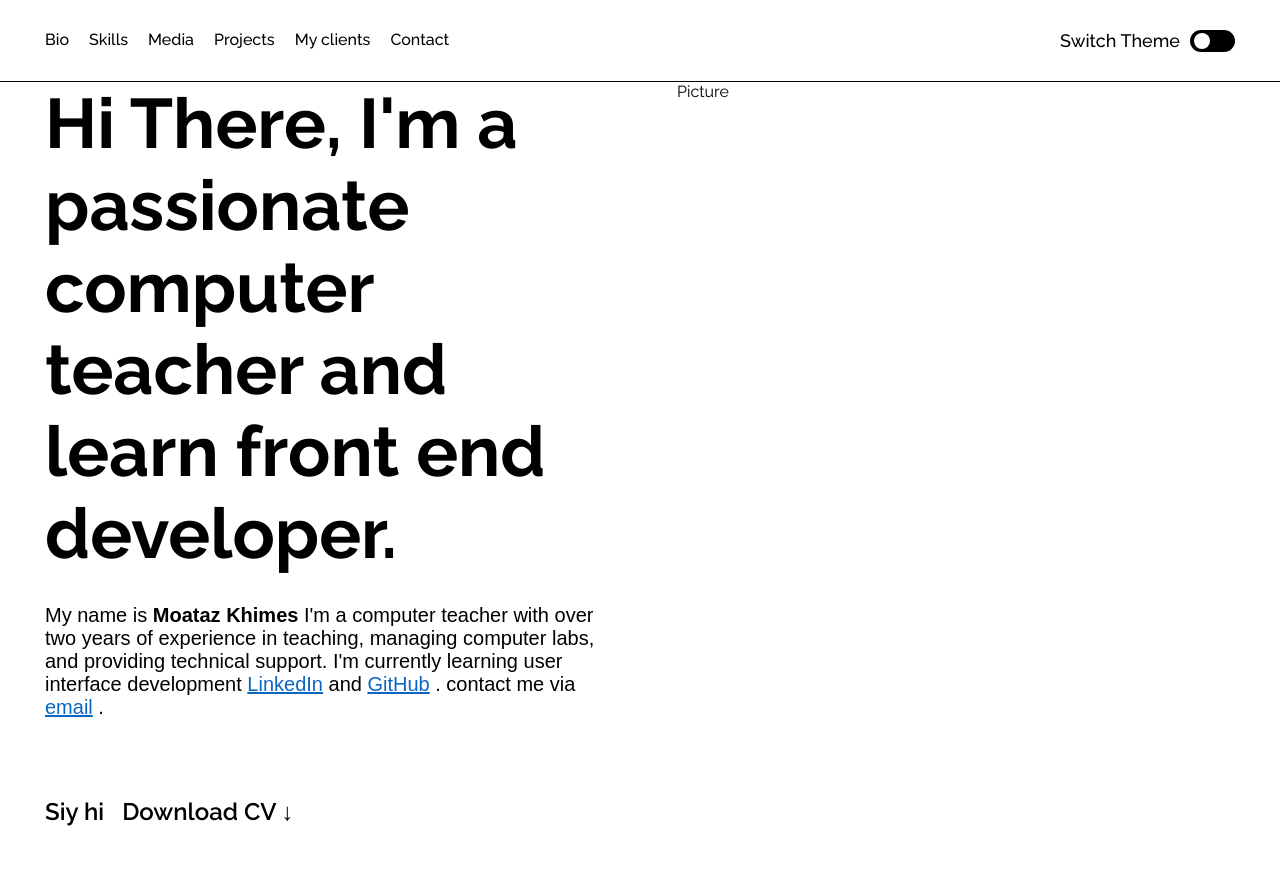
Repository: moataz305G/Personal-website
Page: index.html
These files come from the project's save history. The page is drawn as it stood at one moment and after the next save; the edit follows.
The browser window is 1280 px wide. The pictures show the whole page.

Above is the page before, as saved 2025-12-12 21:59:03.

After the next save:
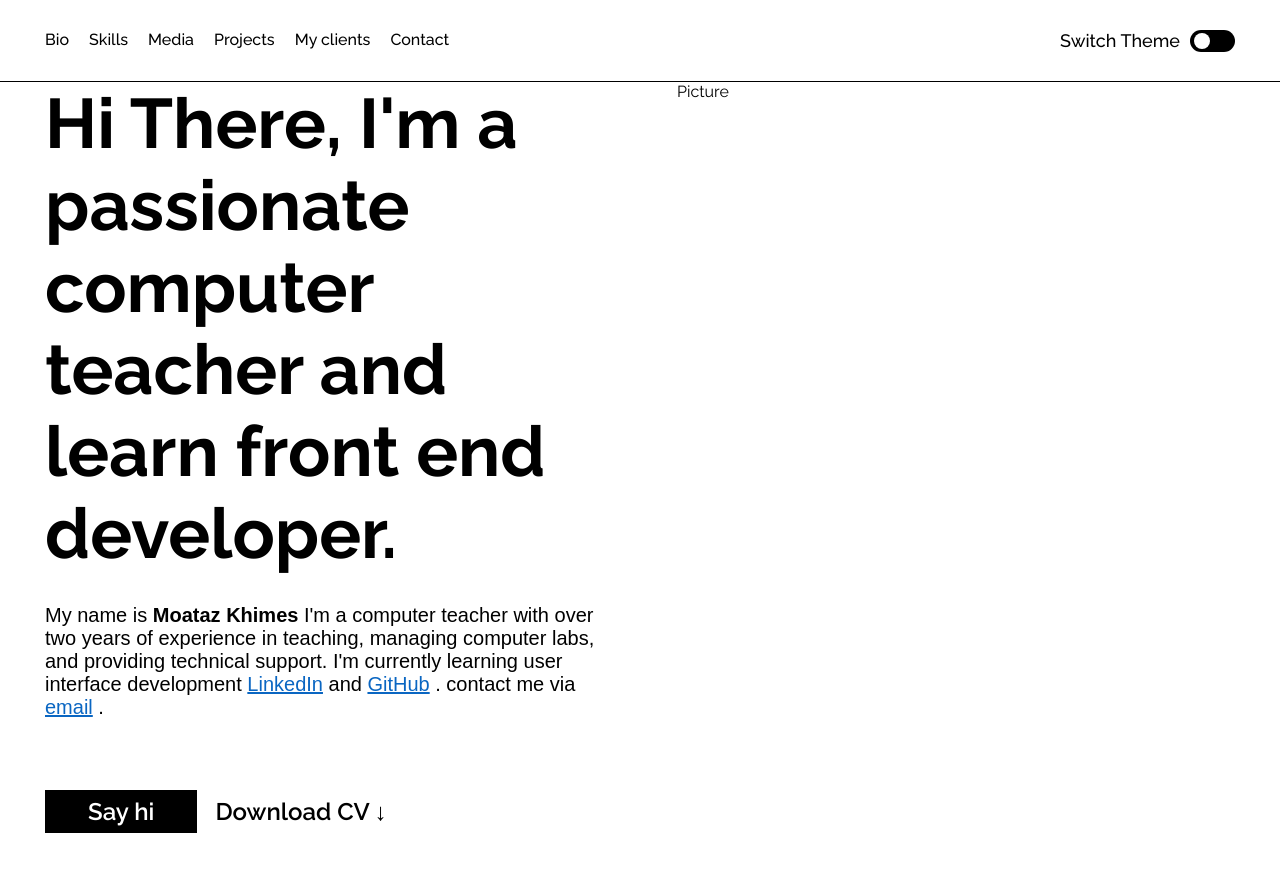
Saved 2 min 11 s later.
--- a/index.html
+++ b/index.html
@@ -64,7 +64,7 @@
             <a href="mutazkhmes@gmail.com" class="bio__email">email</a>
             .
           </p>
-          <a href="#" class="bio__links siy-hi-link">Siy hi</a>
+          <a href="#" class="bio__links say-hi-link">Say hi</a>
           <a href="#" class="bio__links find-out-link"
             >Download CV <span class="bio__arrow">↓</span></a
           >
